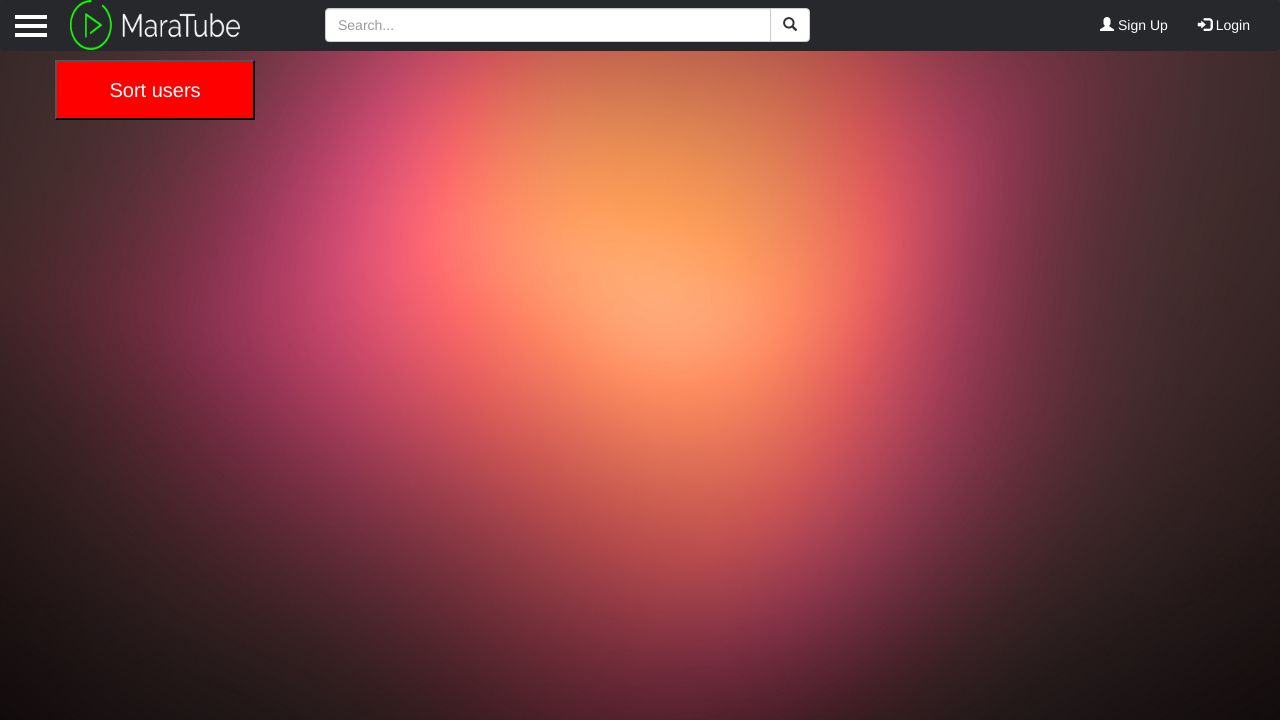
Repository: marijabroceta/ProjekatWebP
Page: ProjekatWebP/WebContent/Admin.html
These files come from the project's save history. The page is drawn as it stood at one moment and after the next save; the edit follows.
The browser window is 1280 px wide. The pictures show the whole page.
The page's requests for data from a server got no answer.

Above is the page before, as saved 2018-06-09 17:23:36.

After the next save:
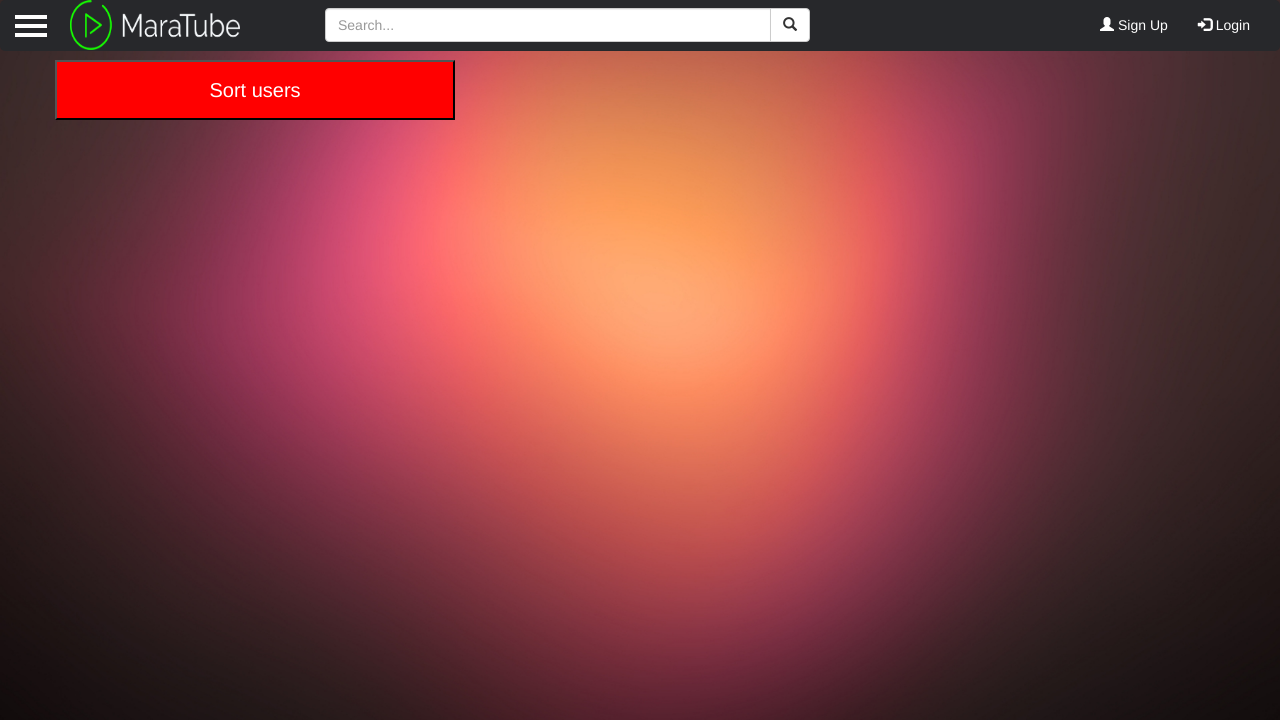
Saved 2 min 54 s later.
--- a/ProjekatWebP/WebContent/css/admin.css
+++ b/ProjekatWebP/WebContent/css/admin.css
@@ -8,7 +8,7 @@
 .collapsible {
      background:red;
     color: white;
-      width:200px;
+      width:400px;
     height:60px;
     font-size:20px;
 }
